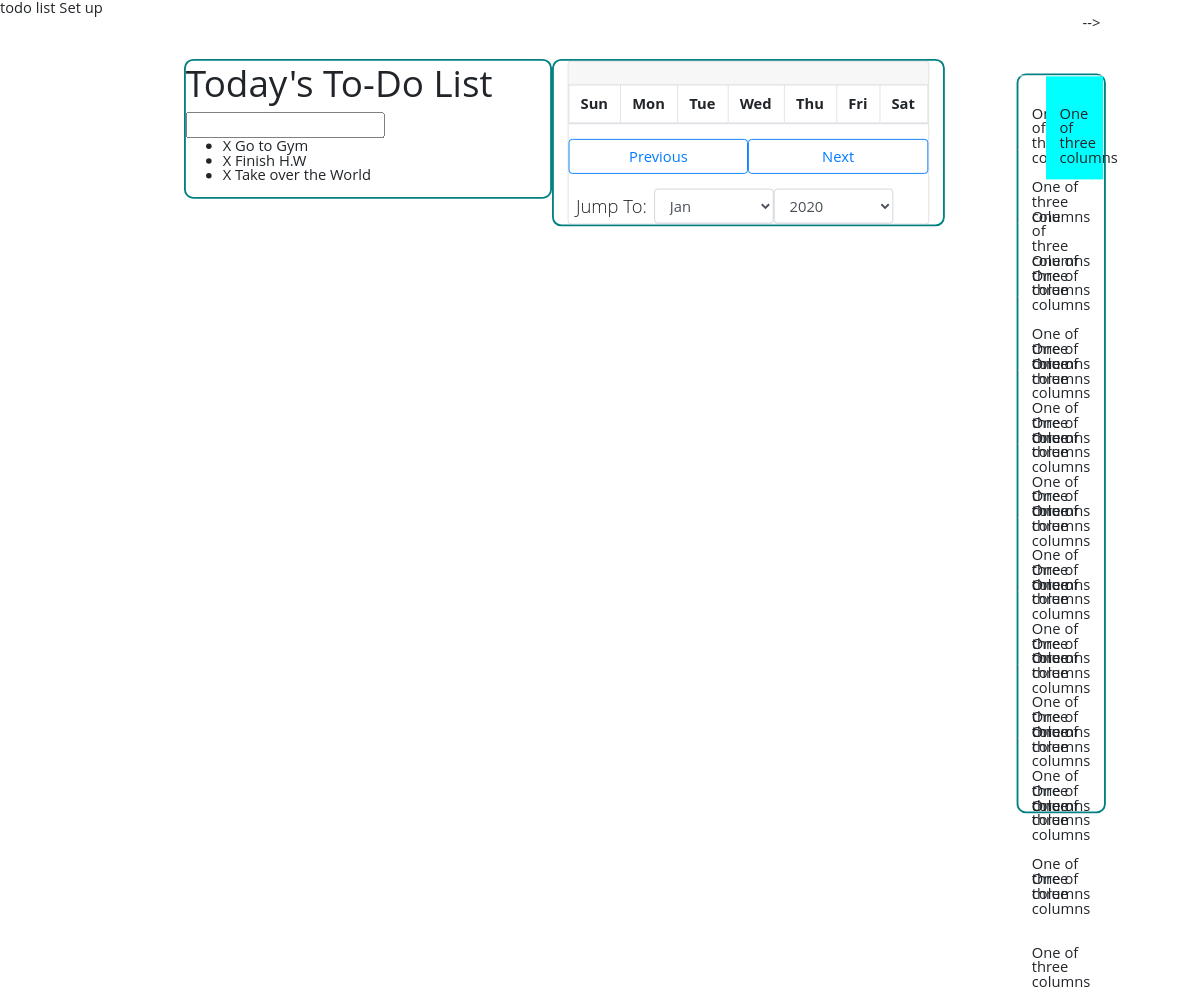
Repository: kkyler24/DayPlanner
Page: Index.html
These files come from the project's save history. The page is drawn as it stood at one moment and after the next save; the edit follows.
The browser window is 1280 px wide. The pictures show the whole page, at 92% of full size.
Some web libraries are served in a nearby version.

Above is the page before, as saved 2020-03-29 19:40:19.

After the next save:
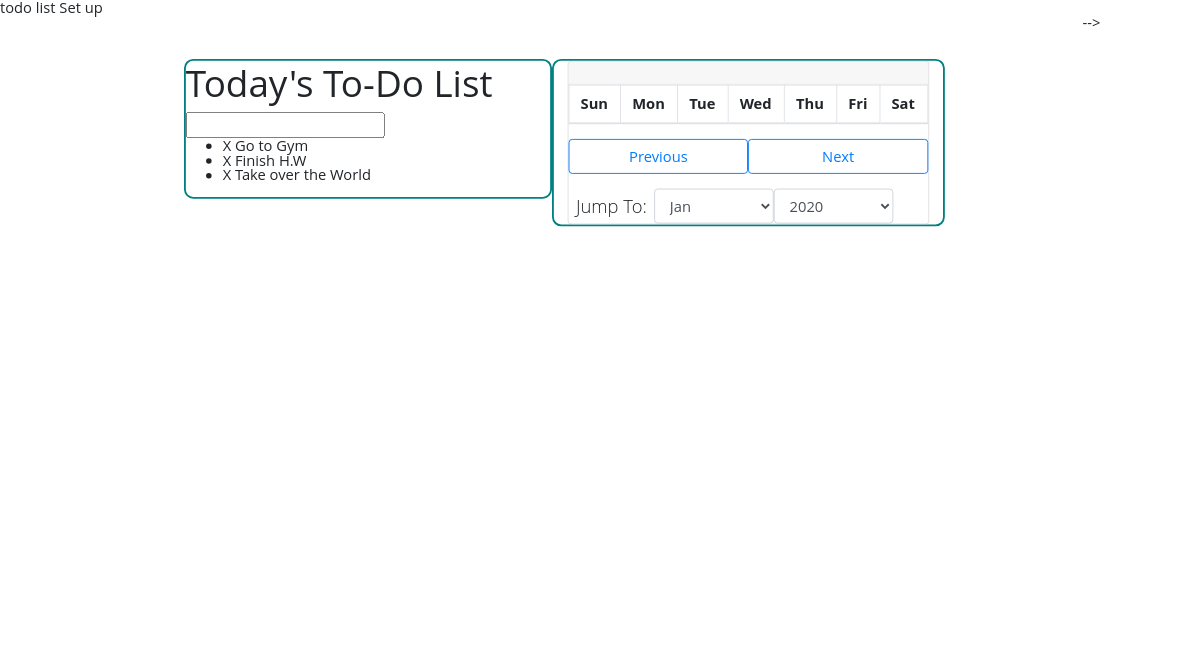
Saved 36 s later.
--- a/Index.html
+++ b/Index.html
@@ -98,7 +98,7 @@ todo list Set up
 
 <!-- <----Scheduler--> -->
 </Div>
-<Div class="d-flex justify-content-center" style="display: none">
+<!-- <Div class="d-flex justify-content-center" style="display: none">
     <div class="container workday ">
         <div id="time8am"class="row">
           <div class="col-2">
@@ -212,9 +212,9 @@ todo list Set up
           </div>
       </div>
 
-    </Div>
-
-
+    </Div> -->
+
+</Div>
 
 </Main>
 
